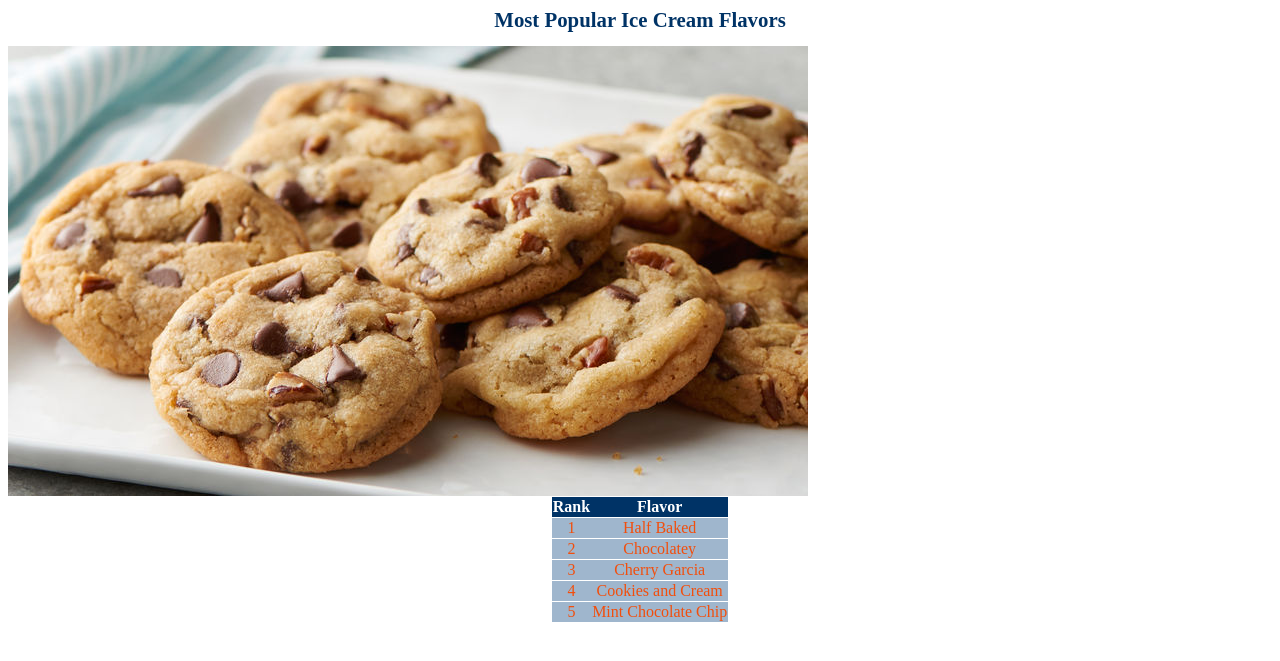
Repository: MatthewSalazar30/MatthewSalazar30.github.io
Page: ice.html
The author's editor kept a record of every edit. The page is drawn from the files as they stood at one moment, then again after the next edit.
The browser window is 1280 px wide. The pictures show the whole page.

Above is the page before.

### ice.html
<!DOCTYP\E html>
   <html>
     <head>
       <meta charset="utf-8">
       <style>
   td {color: #F24E0C;};
  </style>

       <title>I Scream For Ice Cream!</title>
       <link href="icecream.css" rel="stylesheet" type="text/css">
     </head>
     <body>
       <h1>Most Popular Ice Cream Flavors</h1>
       <table>
        <tr><th>Rank</th><th>Flavor</th></tr>
        <tr><td>1</td><td>Half Baked</td></tr>
        <tr><td>2</td><td>Chocolatey</td></tr>
        <tr><td>3</td><td>Cherry Garcia</td></tr>
        <tr><td>4</td><td>Cookies and Cream</td></tr>
        <tr><td>5</td><td>Mint Chocolate Chip</td></tr>
        <img src="images/cookies.jpg" />
      </table>
    </body>
  </html>

### icecream.css
body{
       font-family: "Marker Felt", "Comic Sans MS", fantasy;
 	 color: #003366;
    }

    h1  {
 	   font-size: 1.3em;
 	   text-align: center;
    }

   table {
 	   margin-left: auto;
 	   margin-right: auto;
 	   text-align: left;
 	   border-collapse: collapse;
   }

   tr   {
	  border: 1px solid #ffffff;
	  text-align: center;
	  background-color:#9FB6CD;
  }

  th   {
	 text-align: center;
	 color: #ffffff;
	 background-color: #003366;
  }

After the next edit:
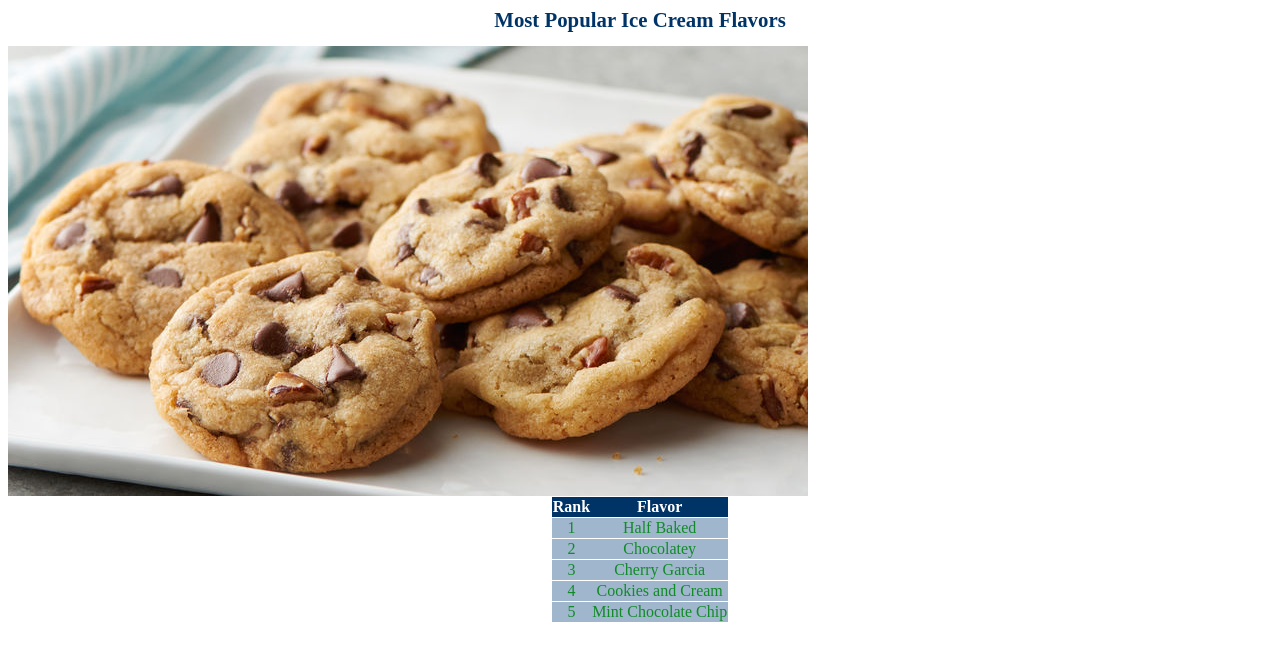
The edit:
--- a/ice.html
+++ b/ice.html
@@ -3,7 +3,7 @@
      <head>
        <meta charset="utf-8">
        <style>
-   td {color: #F24E0C;};
+   td {color: #118b27;};
   </style>
 
        <title>I Scream For Ice Cream!</title>
